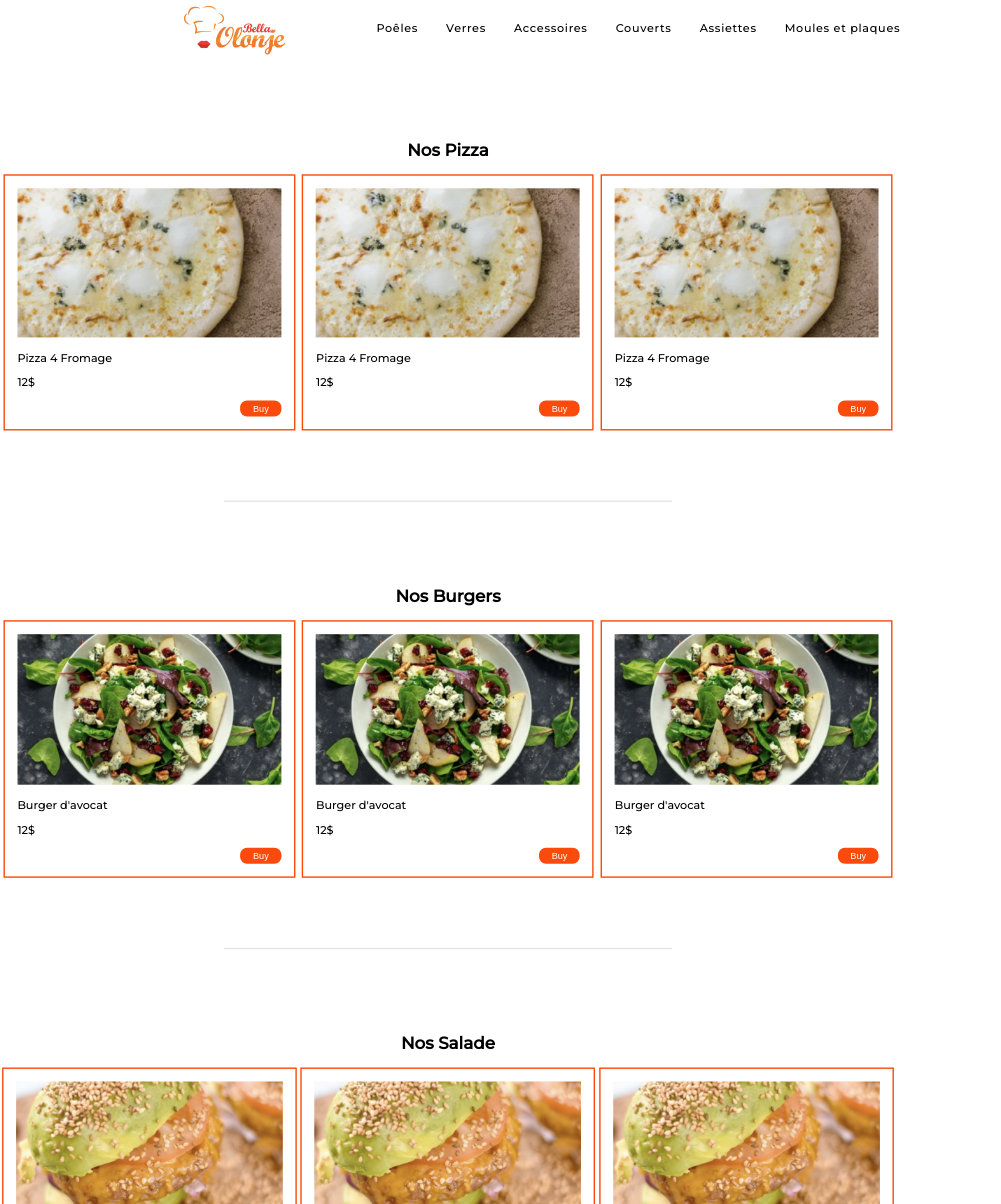
Repository: Ahlam-belhadj/bella-olange
Page: index.html
An editor plug-in stored every save of this project. The page is shown before and after a run of saves, followed by the edit.
The browser window is 1280 px wide. The page is 1430 px wide, so the pictures cover 1430 px, including what lies to the right of the window. The pictures show the part of the page from y = 0 to 1720 px (the page is 2870 px tall), at 70% of full size.

Above is the page before, as saved 2023-02-12 00:15:39.

After the next 2 saves:
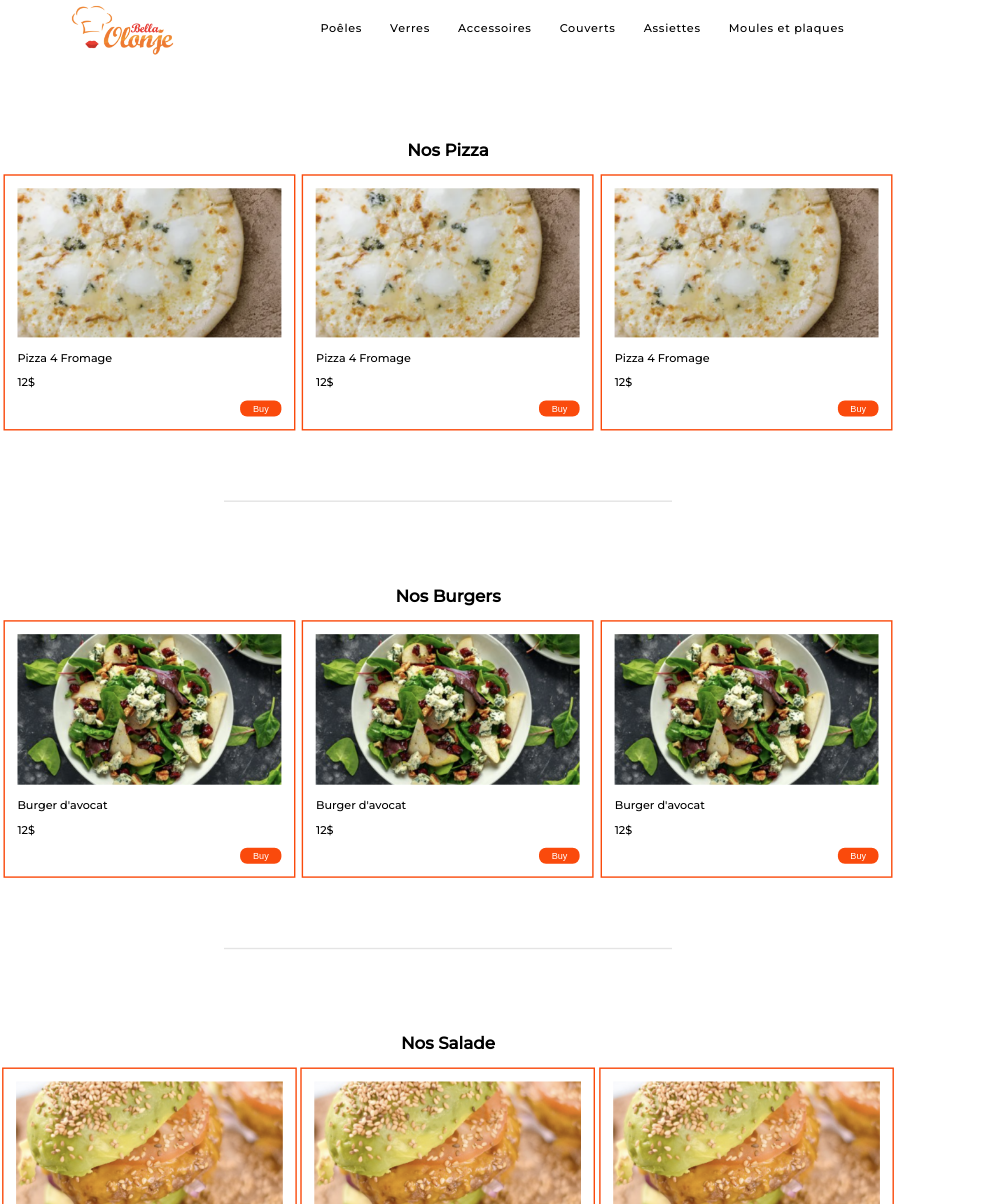
The 2 saves are shown as one change because they came seconds apart.
The last was saved 34 s later.
--- a/style.css
+++ b/style.css
@@ -8,7 +8,6 @@ body {
 
 .logo {
     height: 80px;
-    padding-left: 80px;
 }
 
 nav {
